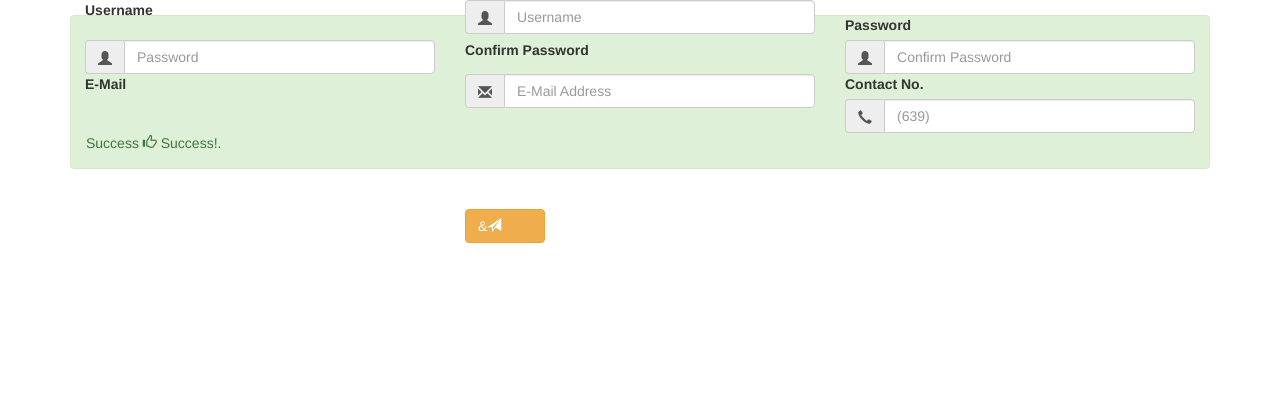
Repository: ashwinipatil321/ServletPrograms
Page: http://localhost/loginAndRegisterServlet/Register.jsp
The author's editor kept a copy of each file at every save. The page is drawn from the files as they stood at one save, then again after the next save.
The browser window is 1280 px wide. The pictures show the whole page.
Some web libraries are served in a nearby version. The page is served by Tomcat 9. Nobody is signed in. The application's start-up code is not run. Other server files are loaded and not shown.

Above is the page before, as saved 2017-11-07 09:53:30.

### loginAndRegisterServlet/WebContent/Register.jsp
<%@ page language="java" contentType="text/html; charset=UTF-8"
	pageEncoding="UTF-8"%>
<!DOCTYPE html PUBLIC "-//W3C//DTD HTML 4.01 Transitional//EN" "http://www.w3.org/TR/html4/loose.dtd">
<html>
<head>
<meta http-equiv="Content-Type" content="text/html; charset=UTF-8">
<script
	src="https://ajax.googleapis.com/ajax/libs/jquery/3.2.1/jquery.min.js"></script>
<title>welcome page</title>
<meta charset="utf-8">
<meta name="viewport" content="width=device-width, initial-scale=1">
<link rel="stylesheet"
	href="https://maxcdn.bootstrapcdn.com/bootstrap/3.3.7/css/bootstrap.min.css">
<script
	src="https://ajax.googleapis.com/ajax/libs/jquery/3.2.1/jquery.min.js"></script>
<script
	src="https://maxcdn.bootstrapcdn.com/bootstrap/3.3.7/js/bootstrap.min.js"></script>


<script type="text/javascript">
	$(document).ready(function() {
		$("#name").blur(function() {
			var name = $("#name").val();
			var nameRegex = /^[a-zA-Z ]*$/;
			if (name.length == 0) {
				$("#error1").text("Please Enter name");
			} else if (!name.match(nameRegex)) {
				$("#error1").text("Please Enter charcter only");
			} else {
				$("#error1").text("");
			}
		});
	});
</script>
<Style>
.h2 {
	text-align: center;
}
</style>
</head>
<body>
	<!--
	<div>

			<form action="RegisterServlet" method="post">
				<table border="0">
					<h2>Sign Up</h2>
					<div class="form-group">
						<label for="userName">Enter User Name</label> <input type="text"
							class="col-sm-2 control-label" id="name"
							placeholder="Enter User Name" name="UserName"> <span
							id="error1" style="color: red; font-size: 15px;"></span>
					</div>
					<div class="form-group">
						<label for="email">Enter Email Id</label> <input type="email"
							class="col-sm-2 control-label" id="EmailId"
							placeholder="Enter email Id" name="EmailId">
					</div>

					<div class="form-group">
						<label for="pwd">Enter Password</label> <input type="password"
							class="col-sm-2 control-label" id="password"
							placeholder="Enter password" name="password">
					</div>

					<div class="form-group">
						<label for="pwd">Confirm Password</label> <input type="password"
							class="col-sm-2 control-label" id="confirmPassword"
							placeholder="Enter password" name="confirmPassword">
					</div>

					<div class="form-group">
						<label for="MobileNumber">Enter MobileNumber</label> <input
							type="text" class="col-sm-2 control-label" id="MobileNumber"
							placeholder="Enter mobile number" name="MobileNumber">
					</div>

					<button type="submit" class="btn btn-success">submit</button>
					<button type="submit" class="btn btn-danger">
						<a href="login.jsp">cancel</a>
					</button>


				</table> -->



			<form action="RegisterServlet" method="post">

				<!-- <fieldset>



					Text input
					<div class="form-group">
						<label class="col-md-4 control-label" for="UserName">Enter
							User Name</label>
						<div class="col-md-5">
							<input id="UserName" name="UserName" type="text"
								placeholder="Your Full Name" class="form-control input-md"
								required=""> <span id="error1"
								style="color: red; font-size: 15px;"></span> <span
								class="help-block">Enter full Name</span>

						</div>
					</div>

					Text input
					<div class="form-group">
						<label class="col-md-4 control-label" for="email">Enter
							Email</label>
						<div class="col-md-5">
							<input id="EmailId" name="EmailId" type="text"
								placeholder="Your email here" class="form-control input-md"
								required=""> <span class="help-block">xxxxxxxxx@xxxxx.xxx</span>
						</div>
					</div>
		</div>

		Password input
		<div class="form-group">
			<label class="col-md-4 control-label" for="password">Password
			</label>
			<div class="col-md-5">
				<input id="password" name="password" type="password"
					placeholder="password" class="form-control input-md" required="">
				<span class="help-block">Enter Password</span>

			</div>
		</div>

		Password input
		<div class="form-group">
			<label class="col-md-4 control-label" for="confirmPassword">confirm
				Password</label>
			<div class="col-md-5">
				<input id="confirmPassword" name="confirmPassword" type="password"
					placeholder="Confirmation password" class="form-control input-md"
					required=""> <span class="help-block">Type again
					your password</span>
			</div>
			<div class="form-group">
				<label class="col-md-4 control-label" for="MobileNumber">mobile
					number</label>
				<div class="col-md-5">
					<input id="MobileNumber" name="MobileNumber" type="text"
						placeholder="Mobile Number" class="form-control input-md"
						required="">
				</div><br><br><br><br><br><br><br><br><br><br>
				Button

				<div class="form-group">
					<label class="col-md-4 control-label" for="confirmation"></label>
					<div class="col-md-5">
						<button type="submit" class="btn btn-success">submit</button>
						<button type="submit" class="btn btn-danger">
							<a href="login.jsp">cancel</a>
						</button>

					</div>
				</div>
		</fieldset>
		</form>
 -->

  <div class="container">

    <form class="well form-horizontal" action=" " method="post"  id="contact_form">
<fieldset>
<!-- Text input-->

<div class="form-group">
  <label class="col-md-4 control-label">Username</label>
  <div class="col-md-4 inputGroupContainer">
  <div class="input-group">
  <span class="input-group-addon"><i class="glyphicon glyphicon-user"></i></span>
  <input  name="user_name" placeholder="Username" class="form-control"  type="text">
    </div>
  </div>
</div>

<!-- Text input-->

<div class="form-group">
  <label class="col-md-4 control-label" >Password</label>
    <div class="col-md-4 inputGroupContainer">
    <div class="input-group">
  <span class="input-group-addon"><i class="glyphicon glyphicon-user"></i></span>
  <input name="user_password" placeholder="Password" class="form-control"  type="password">
    </div>
  </div>
</div>

<!-- Text input-->

<div class="form-group">
  <label class="col-md-4 control-label" >Confirm Password</label>
    <div class="col-md-4 inputGroupContainer">
    <div class="input-group">
  <span class="input-group-addon"><i class="glyphicon glyphicon-user"></i></span>
  <input name="confirm_password" placeholder="Confirm Password" class="form-control"  type="password">
    </div>
  </div>
</div>

<!-- Text input-->
       <div class="form-group">
  <label class="col-md-4 control-label">E-Mail</label>
    <div class="col-md-4 inputGroupContainer">
    <div class="input-group">
        <span class="input-group-addon"><i class="glyphicon glyphicon-envelope"></i></span>
  <input name="email" placeholder="E-Mail Address" class="form-control"  type="text">
    </div>
  </div>
</div>


<!-- Text input-->

<div class="form-group">
  <label class="col-md-4 control-label">Contact No.</label>
    <div class="col-md-4 inputGroupContainer">
    <div class="input-group">
        <span class="input-group-addon"><i class="glyphicon glyphicon-earphone"></i></span>
  <input name="contact_no" placeholder="(639)" class="form-control" type="text">
    </div>
  </div>
</div>

<!-- Select Basic -->

<!-- Success message -->
<div class="alert alert-success" role="alert" id="success_message">Success <i class="glyphicon glyphicon-thumbs-up"></i> Success!.</div>

<!-- Button -->
<div class="form-group">
  <label class="col-md-4 control-label"></label>
  <div class="col-md-4"><br>
   <button type="submit" class="btn btn-warning" >&<span class="glyphicon glyphicon-send"></span>&nbsp&nbsp&nbsp&nbsp&nbsp&nbsp&nbsp&nbsp</button>
  </div>
</div>

</fieldset>
</form>
</div>
    </div><!-- /.container -->
	</div>
</body>
</html>

After the next save:
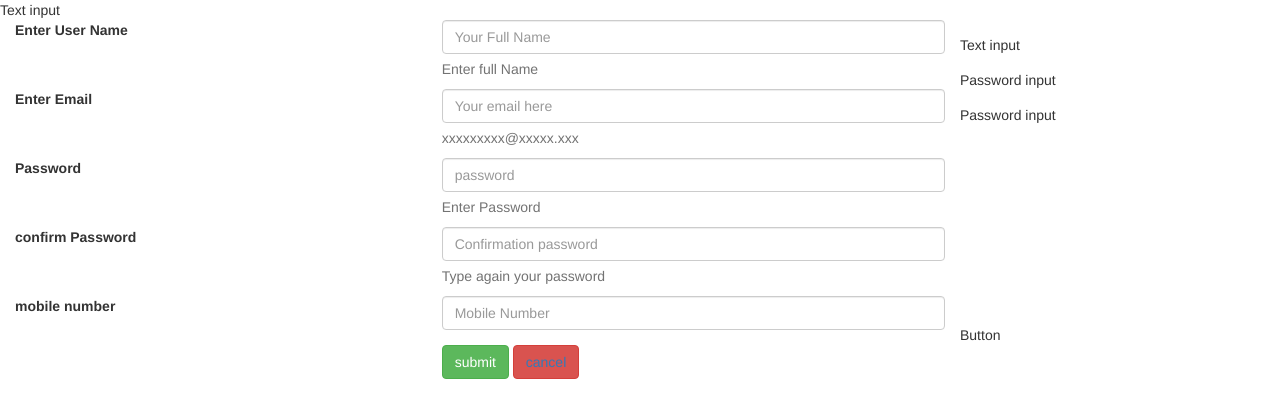
Saved 2 min 29 s later.
--- a/loginAndRegisterServlet/WebContent/Register.jsp
+++ b/loginAndRegisterServlet/WebContent/Register.jsp
@@ -87,7 +87,7 @@
 
 			<form action="RegisterServlet" method="post">
 
-				<!-- <fieldset>
+				<fieldset>
 
 
 
@@ -161,89 +161,8 @@
 				</div>
 		</fieldset>
 		</form>
- -->
-
-  <div class="container">
-
-    <form class="well form-horizontal" action=" " method="post"  id="contact_form">
-<fieldset>
-<!-- Text input-->
-
-<div class="form-group">
-  <label class="col-md-4 control-label">Username</label>
-  <div class="col-md-4 inputGroupContainer">
-  <div class="input-group">
-  <span class="input-group-addon"><i class="glyphicon glyphicon-user"></i></span>
-  <input  name="user_name" placeholder="Username" class="form-control"  type="text">
-    </div>
-  </div>
-</div>
-
-<!-- Text input-->
-
-<div class="form-group">
-  <label class="col-md-4 control-label" >Password</label>
-    <div class="col-md-4 inputGroupContainer">
-    <div class="input-group">
-  <span class="input-group-addon"><i class="glyphicon glyphicon-user"></i></span>
-  <input name="user_password" placeholder="Password" class="form-control"  type="password">
-    </div>
-  </div>
-</div>
-
-<!-- Text input-->
-
-<div class="form-group">
-  <label class="col-md-4 control-label" >Confirm Password</label>
-    <div class="col-md-4 inputGroupContainer">
-    <div class="input-group">
-  <span class="input-group-addon"><i class="glyphicon glyphicon-user"></i></span>
-  <input name="confirm_password" placeholder="Confirm Password" class="form-control"  type="password">
-    </div>
-  </div>
-</div>
-
-<!-- Text input-->
-       <div class="form-group">
-  <label class="col-md-4 control-label">E-Mail</label>
-    <div class="col-md-4 inputGroupContainer">
-    <div class="input-group">
-        <span class="input-group-addon"><i class="glyphicon glyphicon-envelope"></i></span>
-  <input name="email" placeholder="E-Mail Address" class="form-control"  type="text">
-    </div>
-  </div>
-</div>
 
 
-<!-- Text input-->
 
-<div class="form-group">
-  <label class="col-md-4 control-label">Contact No.</label>
-    <div class="col-md-4 inputGroupContainer">
-    <div class="input-group">
-        <span class="input-group-addon"><i class="glyphicon glyphicon-earphone"></i></span>
-  <input name="contact_no" placeholder="(639)" class="form-control" type="text">
-    </div>
-  </div>
-</div>
-
-<!-- Select Basic -->
-
-<!-- Success message -->
-<div class="alert alert-success" role="alert" id="success_message">Success <i class="glyphicon glyphicon-thumbs-up"></i> Success!.</div>
-
-<!-- Button -->
-<div class="form-group">
-  <label class="col-md-4 control-label"></label>
-  <div class="col-md-4"><br>
-   <button type="submit" class="btn btn-warning" >&<span class="glyphicon glyphicon-send"></span>&nbsp&nbsp&nbsp&nbsp&nbsp&nbsp&nbsp&nbsp</button>
-  </div>
-</div>
-
-</fieldset>
-</form>
-</div>
-    </div><!-- /.container -->
-	</div>
 </body>
 </html>
